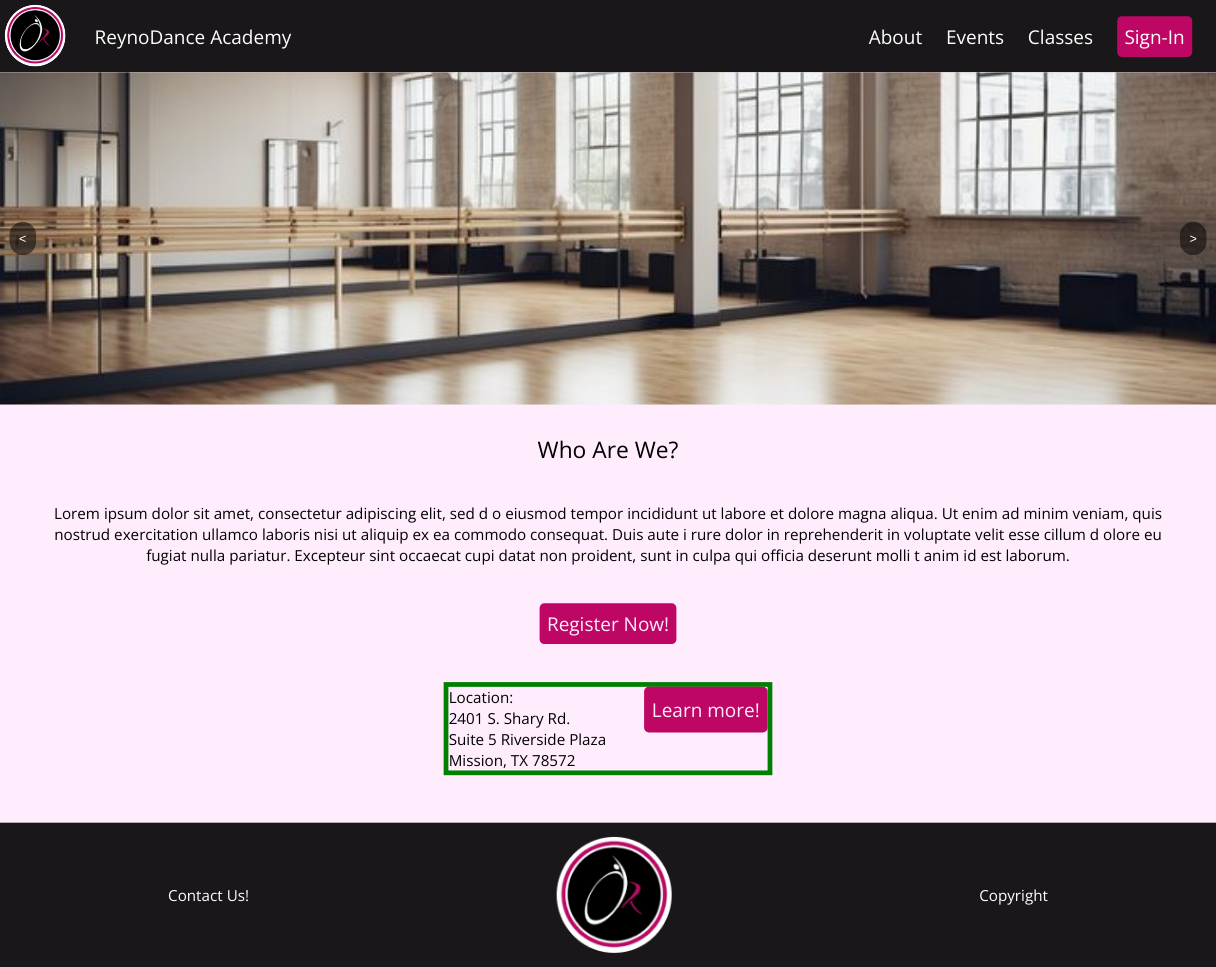
Repository: andreaelpz/reynodance-academy
Page: /
The author's editor kept a copy of each file at every save. The page is drawn from the files as they stood at one save, then again after the next save.
The browser window is 1280 px wide. The pictures show the whole page, at 95% of full size.
The project was rebuilt for these pictures with package versions that can differ from the ones it lists, and the page was loaded fresh each time. Also part of the build but not shown: angular.json, src/app/about/about.component.ts, src/app/classes/classes.component.ts, src/app/events/events.component.ts, src/app/user/sign-in/sign-in.component.ts, src/app/dashboard/dashboard.component.ts, src/app/user/register/register.component.ts, src/app/login/login.component.ts.

Above is the page before, as saved 2024-11-19 23:36:54.

### src/index.html
<!doctype html>
<html lang="en">
<head>
  <meta charset="utf-8">
  <title>ReynodanceAcademy</title>
  <base href="/">
  <meta name="viewport" content="width=device-width, initial-scale=1">
  <link rel="icon" type="image/x-icon" href="/assets/images/logo.png">
</head>
<body>
  <app-root></app-root>
</body>
</html>

### src/styles.css
/* You can add global styles to this file, and also import other style files */
@import url('https://fonts.googleapis.com/css2?family=Open+Sans:wght@300;400;500;600;700;800&display=swap');

:root {
  --black: rgb(0,0,0,.9);
  --lightPink: #FFEDFE;
  --hotPink: #BE0765;
}

body {
  margin: 0;
  background: var(--lightPink);
  font-family: 'Open Sans', sans-serif;
  font-weight: 300;
  color: white;
}

### src/app/app.module.ts
import { NgModule } from '@angular/core';
import { BrowserModule } from '@angular/platform-browser';
import { FormsModule } from '@angular/forms';
import { AppRoutingModule } from './app-routing.module';

import { AppComponent } from './app.component';
import { NavbarComponent } from './navbar/navbar.component';
import { AboutComponent } from './about/about.component';
import { ClassesComponent } from './classes/classes.component';
import { EventsComponent } from './events/events.component';
import { RegisterComponent } from './user/register/register.component';
import { LoginComponent } from './login/login.component';
import { SignInComponent } from './user/sign-in/sign-in.component';
import { DashboardComponent } from './dashboard/dashboard.component';
import { HomeComponent } from './home/home.component';
import { FooterComponent } from './footer/footer.component';

@NgModule({
  declarations: [
    AppComponent,
    NavbarComponent,
    AboutComponent,
    ClassesComponent,
    EventsComponent,
    RegisterComponent,
    LoginComponent,
    SignInComponent,
    DashboardComponent,
    HomeComponent,
    FooterComponent
  ],
  imports: [
    BrowserModule,
    AppRoutingModule,
    FormsModule
  ],
  providers: [],
  bootstrap: [AppComponent]
})
export class AppModule { }

### src/app/app-routing.module.ts
import { NgModule } from '@angular/core';
import { RouterModule, Routes } from '@angular/router';
import { AboutComponent } from './about/about.component';
import { ClassesComponent } from './classes/classes.component';
import { EventsComponent } from './events/events.component';
import { SignInComponent } from './user/sign-in/sign-in.component';
import { DashboardComponent } from './dashboard/dashboard.component';
import { HomeComponent } from './home/home.component';
import { RegisterComponent } from './user/register/register.component';

const routes: Routes = [
  {path: 'about', component: AboutComponent, title:"About - ReynoDance"},
  {path: 'classes', component: ClassesComponent, title:"Classes - ReynoDance"},
  {path: 'events', component: EventsComponent, title:"Events - ReynoDance"},
  {path: 'register', component: RegisterComponent, title:"Register - ReynoDance"},
  {path: 'sign-in', component: SignInComponent, title:"Sign-In - ReynoDance"},
  {path: 'dashboard', component: DashboardComponent, title:"Dashboard - ReynoDance"},
  {path: '', component: HomeComponent, title:"ReynoDance Academy"}
];

@NgModule({
  imports: [RouterModule.forRoot(routes)],
  exports: [RouterModule]
})
export class AppRoutingModule { }

### src/app/app.component.ts
import { Component } from '@angular/core';

@Component({
  selector: 'app-root',
  templateUrl: './app.component.html',
  styleUrls: ['./app.component.css']
})
export class AppComponent {
  title = 'reynodance-academy';
}

### src/app/home/home.component.ts
import { Component } from '@angular/core';

@Component({
  selector: 'app-home',
  templateUrl: './home.component.html',
  styleUrls: ['./home.component.css']
})
export class HomeComponent {
  images: string[] = ['studio.jpg', 'girls.jpg', 'solo.jpg'];
  currentIndex: number = 0;

  nextPic(): number{
    this.currentIndex++;

    if (this.currentIndex === this.images.length){
      this.currentIndex = 0;
    }

    return this.currentIndex;
  }

  prevPic(): number{
    if (this.currentIndex === 0){
      this.currentIndex = this.images.length - 1;
      return this.currentIndex;
    }

    this.currentIndex--;

    return this.currentIndex;
  }

  getImagePath(): string{
    return `/assets/images/${this.images[this.currentIndex]}`;
  }
}

### src/app/navbar/navbar.component.html
<div class = "container">
  <div class = "left">
    <a href = ""> <img class = "logo" src="/assets/images/logo.png" alt="Logo"/> </a>
    <a href = "">ReynoDance Academy</a>
  </div>
  <div class = "right">
    <a href = "/about">About</a>
    <a href = "/events">Events</a>
    <a href = "/classes">Classes</a>
    <a class = "sign-in" href = "/sign-in">Sign-In</a>
  </div>
</div>

### src/app/navbar/navbar.component.css
.container{
  display: flex;
  justify-content: space-between;
  font-size: 20px;
  background-color: var(--black);
}

.left{
  display: flex;
  align-items: center;
  margin-left: 5px;
}

.left *{
  margin-right: 15px;
}

.logo{
  height: 65px;
  border-radius: 100%;
  margin-top: 5px;
}

.right{
  display: flex;
  align-items: center;
  margin-right: 25px;
}

.right *{
  margin-left: 25px;
}

a{
  text-decoration: none;
  color: white;
}

.sign-in{
  background-color: var(--hotPink);
  padding: 8px;
  border-radius: 5px;
}

.sign-in:hover{
  border-color: 10px solid var(--hotPink);
  background-color: #FFEDFE;
  color: var(--hotPink);
  font-size: 18px;
  font-weight: 400;
  border-color: var(--hotPink)
}

### src/app/home/home.component.html

    <div class = "pictures">
        <button type = "picsButton" (click) = prevPic()><</button>
        <img alt = "ReynoDance" [src]="getImagePath()">
        <button type = "picsButton" (click) = nextPic()>></button>
    </div>
<div class = "container">
    <div class = "intro">
        <div class = "title">Who Are We?</div>
        <div class = "summary">
            Lorem ipsum dolor sit amet, consectetur adipiscing elit, sed d
            o eiusmod tempor incididunt ut labore et dolore magna aliqua.
            Ut enim ad minim veniam, quis nostrud exercitation ullamco
            laboris nisi ut aliquip ex ea commodo consequat. Duis aute i
            rure dolor in reprehenderit in voluptate velit esse cillum d
            olore eu fugiat nulla pariatur. Excepteur sint occaecat cupi
            datat non proident, sunt in culpa qui officia deserunt molli
            t anim id est laborum.
        </div>
    </div>

    <div>
        <button type = "button" [routerLink] = "['/register']" class = "register">Register Now!</button>
    </div>

    <div class = "moreInfo">
        <div class = "location">
            Location: <br>
            2401 S. Shary Rd. <br>
            Suite 5 Riverside Plaza <br>
            Mission, TX 78572
        </div>
        <button type = "button" [routerLink] = "['/about']" class = "learnMore">Learn more!</button>
    </div>

</div>

### src/app/home/home.component.css
.pictures {
  display: flex;
  width: 100%;
  height: 350px;
  flex-direction: row;
  justify-content: space-between;
  overflow: hidden;
  position: relative;
}

img {
  width: 100%;
  height: 100%;
  object-fit: cover; /* crop excess */
}

.pictures button {
  position: absolute;
  top: 50%;
  transform: translateY(-50%);
  background-color: rgba(0, 0, 0, 0.5);
  color: white;
  border: none; /* Remove borders */
  padding: 10px;
  cursor: pointer;
  border-radius: 25px;
}

.pictures button:hover {
  background-color: rgba(0, 0, 0, 0.7);
}

.pictures button:first-of-type {
  left: 10px;
}

.pictures button:last-of-type {
  right: 10px;
}

.container{
  color:black;
  display:flex;
  flex-direction: column;
  align-items: center;
  padding: 30px 50px 50px 50px;
}

.title{
  text-align: center;
  display: flex;
  justify-content: center;
  margin-bottom: 40px;
  font-size: 24px;
  font-weight:400;
}

.summary{
    text-align: center;
    display: flex;
    justify-content: center;
    margin-bottom: 40px;
}

.register{
  background-color: var(--hotPink);
  padding: 8px;
  border-radius: 5px;
  border: none;
  color: var(--lightPink);
  font-family: 'Open Sans', sans-serif;
  font-size: 20px;
  margin-bottom: 40px;
}

.register:hover{
  border-color: 10px solid var(--hotPink);
  background-color: var(--black);
  color: white;
  font-size: 19px;
  font-weight: 400;
  cursor: pointer;
}

.moreInfo{
  display: flex;
  flex-direction: row;
  justify-content: space-between;
  gap: 40px;
  border: 5px solid green;
  align-items: stretch;
}

.learnMore{
  background-color: var(--hotPink);
  padding: 8px;
  border-radius: 5px;
  border: none;
  color: var(--lightPink);
  font-family: 'Open Sans', sans-serif;
  font-size: 20px;
  margin-bottom: 40px;
}

.learnMore:hover{
  border-color: 10px solid var(--hotPink);
  background-color: var(--black);
  color: white;
  font-size: 19px;
  font-weight: 400;
  cursor: pointer;
}

### src/app/footer/footer.component.html
<div class = "container">
    <div class = "links">Contact Us!</div>
    <img class = "logo" src="/assets/images/logo.png">
    <div class = "copyright">Copyright</div>
</div>

### src/app/footer/footer.component.css
.container{
    background-color: var(--black);
    display: flex;
    flex-direction: row;
    justify-content: space-around;
    padding: 15px;
    align-items: center;
}

Loaded but not shown: src/main.ts (common file); src/app/navbar/navbar.component.ts (common file); src/app/footer/footer.component.ts (common file); src/app/app.component.html (common file); src/app/app.component.css (no stored copy; drawn as an empty file)

After the next save:
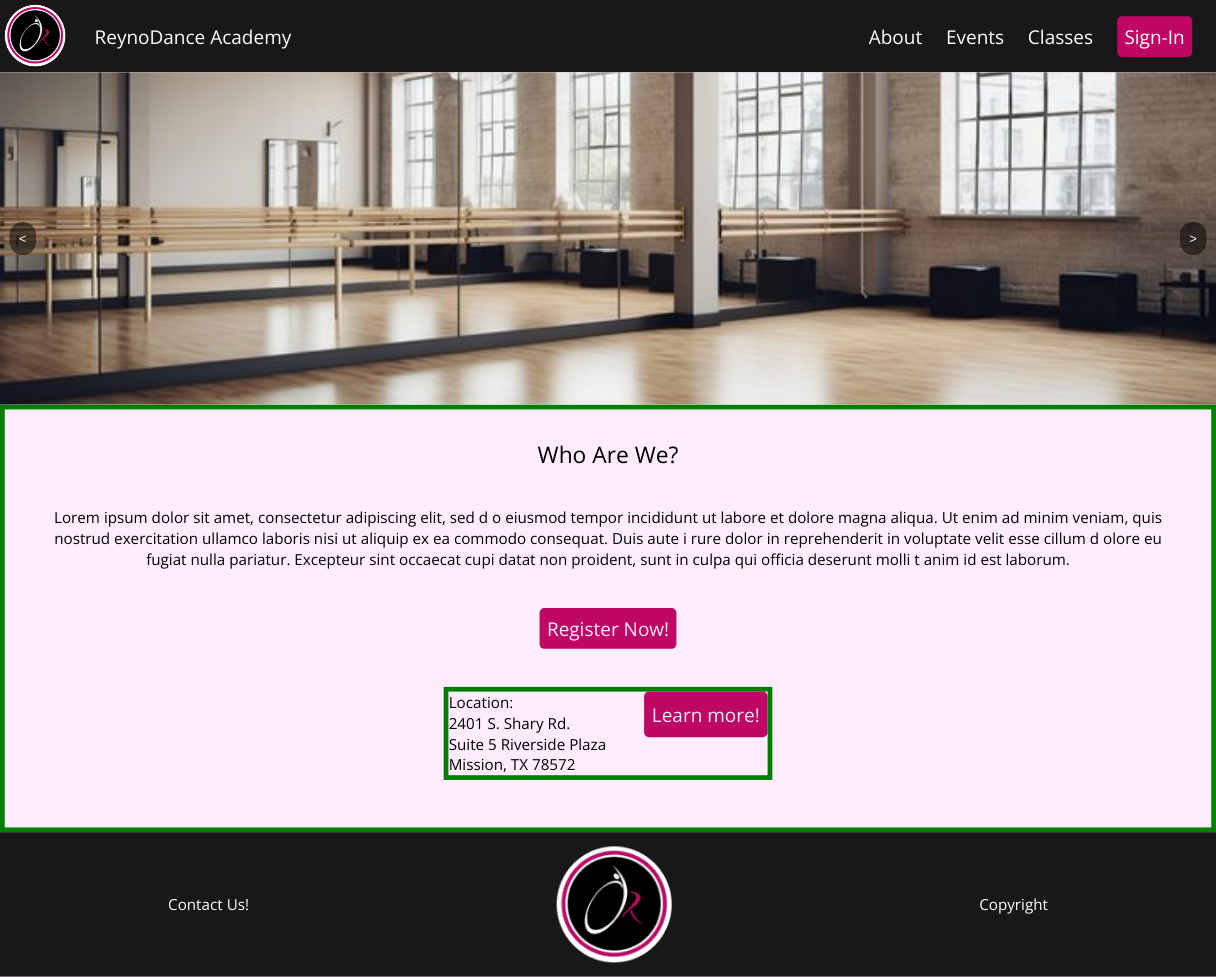
Saved 24 s later.
--- a/src/app/home/home.component.css
+++ b/src/app/home/home.component.css
@@ -44,6 +44,7 @@ img {
   flex-direction: column;
   align-items: center;
   padding: 30px 50px 50px 50px;
+  bordeR: 5px solid green;
 }
 
 .title{
